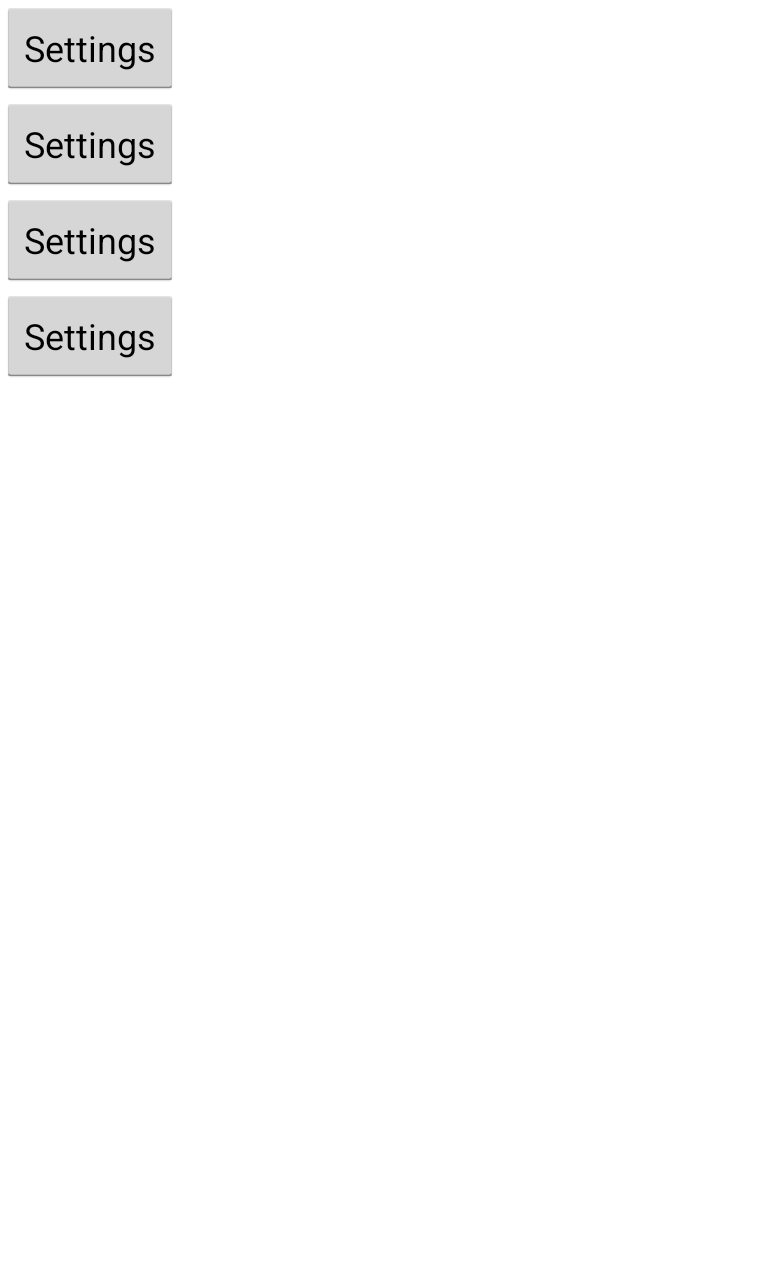
Repository: Sweetman/cs371m-utfeedsme
Layout: UTFeedsMe/res/layout/fragment_start_screen.xml
The author's editor kept a copy of each file at every save. The layout is drawn from the files as they stood at one save, then again after the next save.
It is drawn on a 768 x 1280 px phone screen (xhdpi) without system bars, with theme AppTheme; the app's code is not run.

Above is the layout before, as saved 2014-10-27 03:05:16.

After the next save:
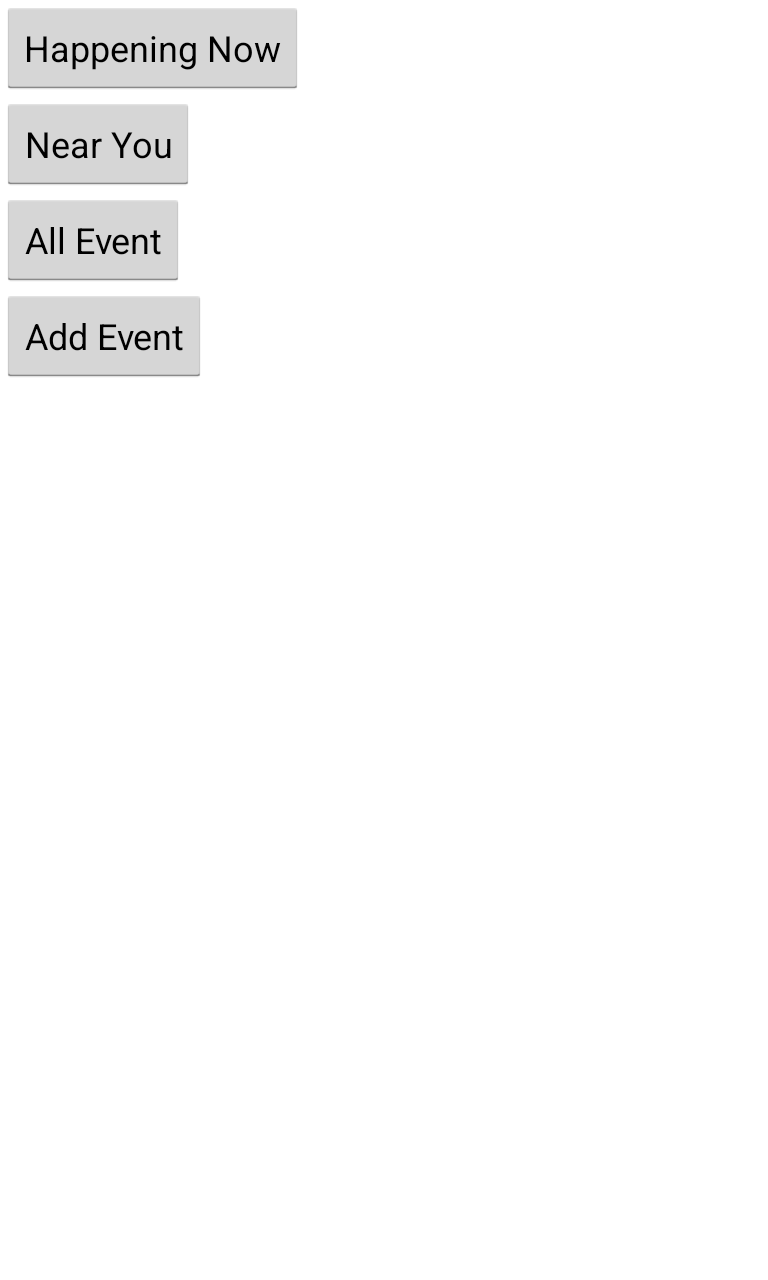
Saved 23 s later.
--- a/UTFeedsMe/res/values/strings.xml
+++ b/UTFeedsMe/res/values/strings.xml
@@ -4,9 +4,9 @@
     <string name="app_name">UTFeedsMe</string>
     <string name="hello_world">Hello world!</string>
     <string name="action_settings">Settings</string>
-    <string name="happening_now_btn">Settings</string>
-    <string name="near_you_btn">Settings</string>
-    <string name="all_events_btn">Settings</string>
-    <string name="add_event_btn">Settings</string>
+    <string name="happening_now_btn">Happening Now</string>
+    <string name="near_you_btn">Near You</string>
+    <string name="all_events_btn">All Event</string>
+    <string name="add_event_btn">Add Event</string>
 
 </resources>
